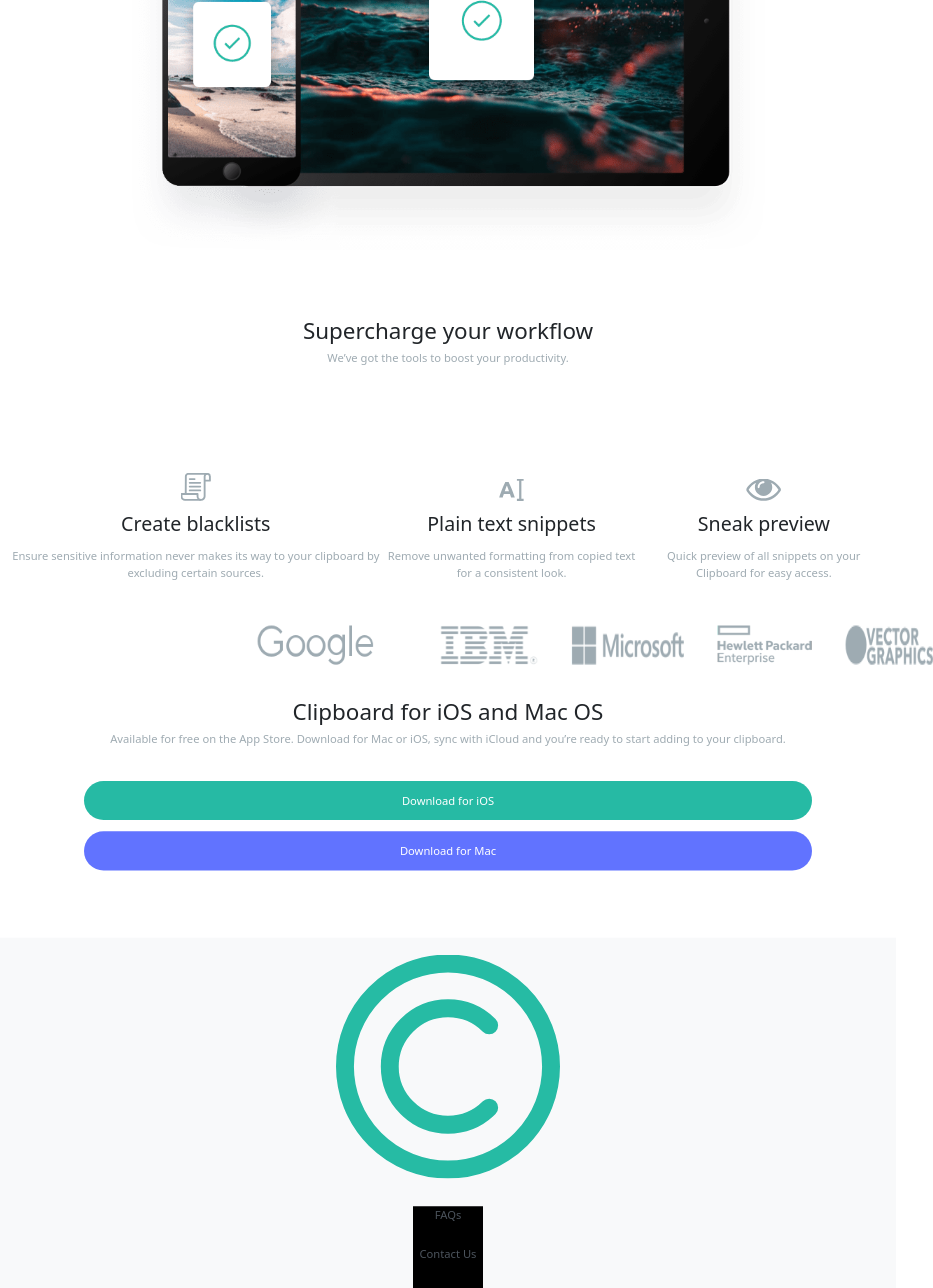
Repository: blordeus/clipboard-landing-page-master
Page: index.html
An editor plug-in stored every save of this project. The page is shown before and after the next save, followed by the edit.
The browser window is 1280 px wide. The page is 1333 px wide, then 1280 px, so the pictures cover 1333 px, including what lies to the right of the window. The pictures show the part of the page from y = 1672 to 3512 px (the page is 3771 px tall), at 70% of full size.
Some web fonts or font styles are not loaded; a fallback is used. The style sheet was rebuilt from its Sass, Less or Tailwind sources for each picture, by a compiler version that may differ from the author's.

Above is the page before, as saved 2023-09-04 16:30:07.

After the next save:
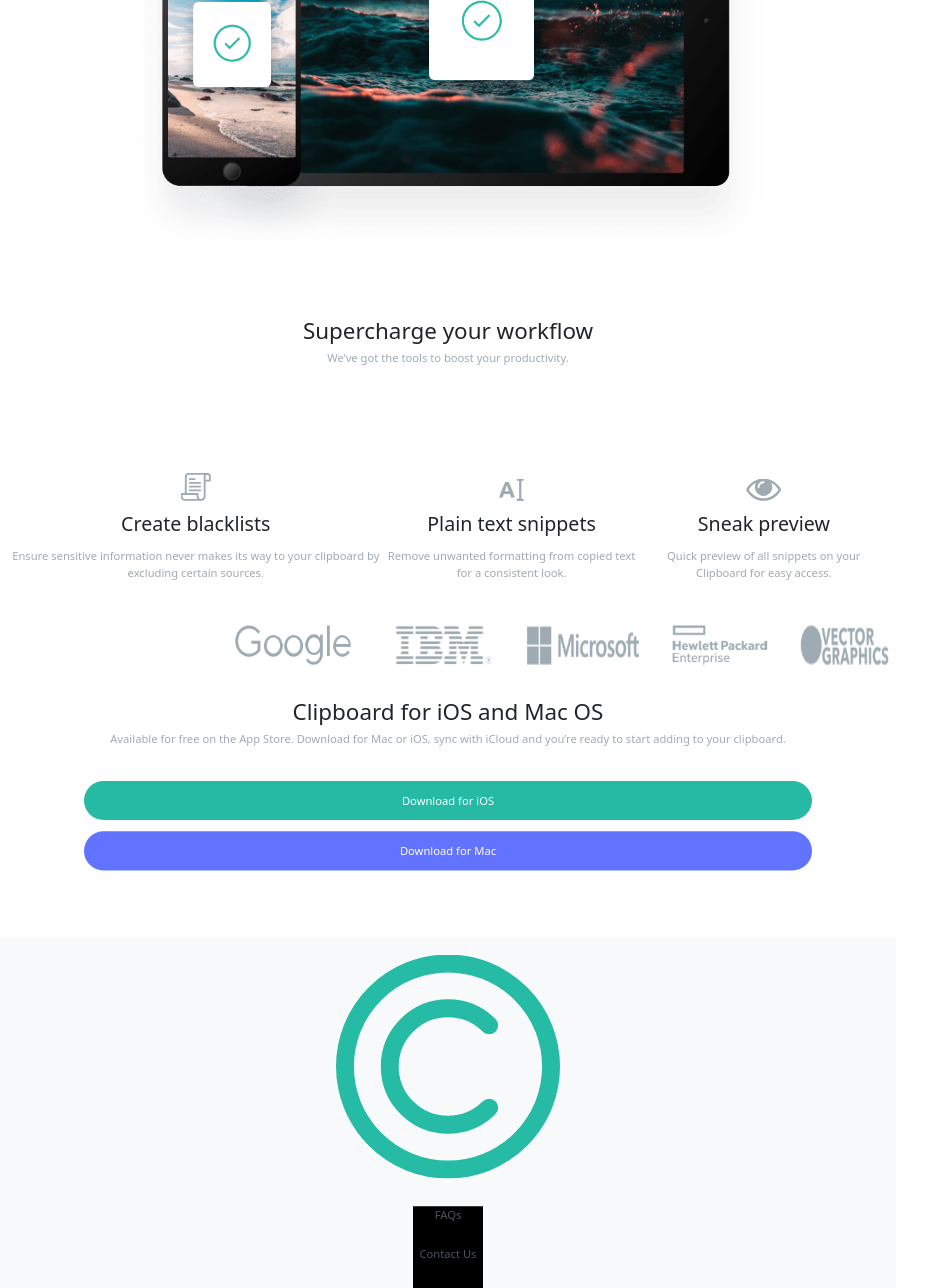
Saved 10 s later.
--- a/index.html
+++ b/index.html
@@ -86,7 +86,7 @@
     </section>
 
     <section class="d-flex flex-column col-6 gap-4 mx-auto mb-5 flex-md-row justify-content-md-between gap-md-5">
-      <img class="img-fluid mx-md-5" src="./images/logo-google.png" alt="google">
+      <img class="img-fluid mx-md-3" src="./images/logo-google.png" alt="google">
       <img class="img-fluid" src="./images/logo-ibm.png" alt="ibm">
       <img class="img-fluid" src="./images/logo-microsoft.png" alt="microsoft">
       <img class="img-fluid" src="./images/logo-hp.png" alt="hp">
